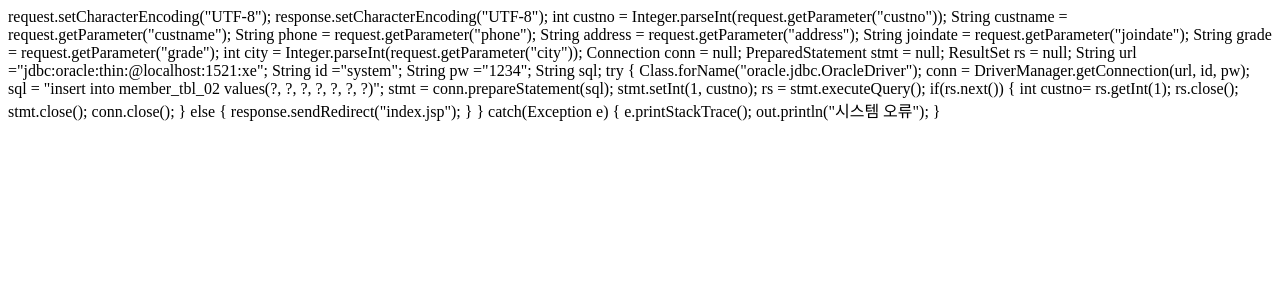
Repository: foodduck/HRD_exam
Page: http://localhost/HRD_1234/registerPro.jsp
These files come from the project's save history. The page is drawn as it stood at one moment and after the next save; the edit follows.
The browser window is 1280 px wide. The pictures show the whole page.
The page is served by Tomcat 9.

Above is the page before, as saved 2022-02-14 10:05:53.

### HRD_1234/WebContent/registerPro.jsp
<%@ page language="java" contentType="text/html; charset=UTF-8"
    pageEncoding="UTF-8"%>
<%@ page import="java.sql.*" %>
<%@page import="java.util.Date" %>
<%@page import="java.text.SimpleDateFormat" %>

	request.setCharacterEncoding("UTF-8");
	response.setCharacterEncoding("UTF-8");

	int custno = Integer.parseInt(request.getParameter("custno"));
	String custname = request.getParameter("custname");
	String phone = request.getParameter("phone");
	String address = request.getParameter("address");
	String joindate = request.getParameter("joindate");
	String grade = request.getParameter("grade");
	int city = Integer.parseInt(request.getParameter("city"));

	Connection conn = null;
	PreparedStatement stmt = null;
	ResultSet rs = null;
	String url ="jdbc:oracle:thin:@localhost:1521:xe";
	String id ="system";
	String pw ="1234";
	String sql;

	try {
		Class.forName("oracle.jdbc.OracleDriver");
		conn = DriverManager.getConnection(url, id, pw);
		sql = "insert into member_tbl_02 values(?, ?, ?, ?, ?, ?, ?)";
		stmt = conn.prepareStatement(sql);
		stmt.setInt(1, custno);
		rs = stmt.executeQuery();

		if(rs.next()) {
			int custno= rs.getInt(1);
			rs.close();
			stmt.close();
			conn.close();
		} else {
			response.sendRedirect("index.jsp");
		}
	} catch(Exception e) {
		e.printStackTrace();
		out.println("시스템 오류");
	}

After the next save:
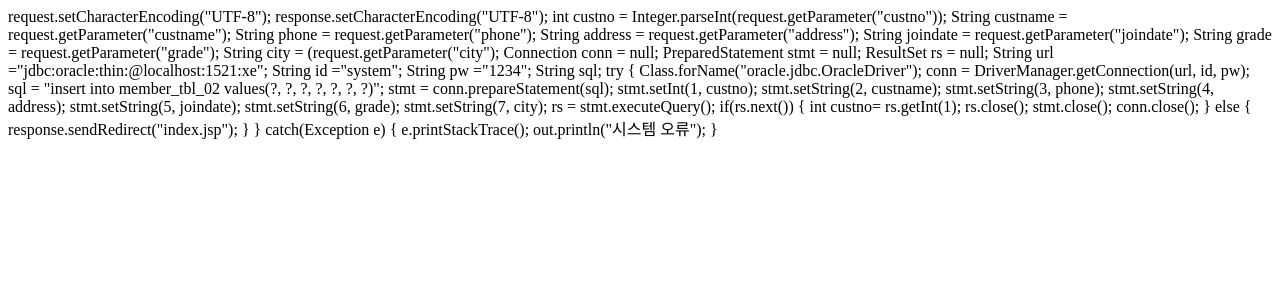
Saved 90 s later.
--- a/HRD_1234/WebContent/registerPro.jsp
+++ b/HRD_1234/WebContent/registerPro.jsp
@@ -13,7 +13,7 @@
 	String address = request.getParameter("address");
 	String joindate = request.getParameter("joindate");
 	String grade = request.getParameter("grade");
-	int city = Integer.parseInt(request.getParameter("city"));
+	String city = (request.getParameter("city");
 
 	Connection conn = null;
 	PreparedStatement stmt = null;
@@ -29,6 +29,12 @@
 		sql = "insert into member_tbl_02 values(?, ?, ?, ?, ?, ?, ?)";
 		stmt = conn.prepareStatement(sql);
 		stmt.setInt(1, custno);
+		stmt.setString(2, custname);
+		stmt.setString(3, phone);
+		stmt.setString(4, address);
+		stmt.setString(5, joindate);
+		stmt.setString(6, grade);
+		stmt.setString(7, city);
 		rs = stmt.executeQuery();
 
 		if(rs.next()) {
